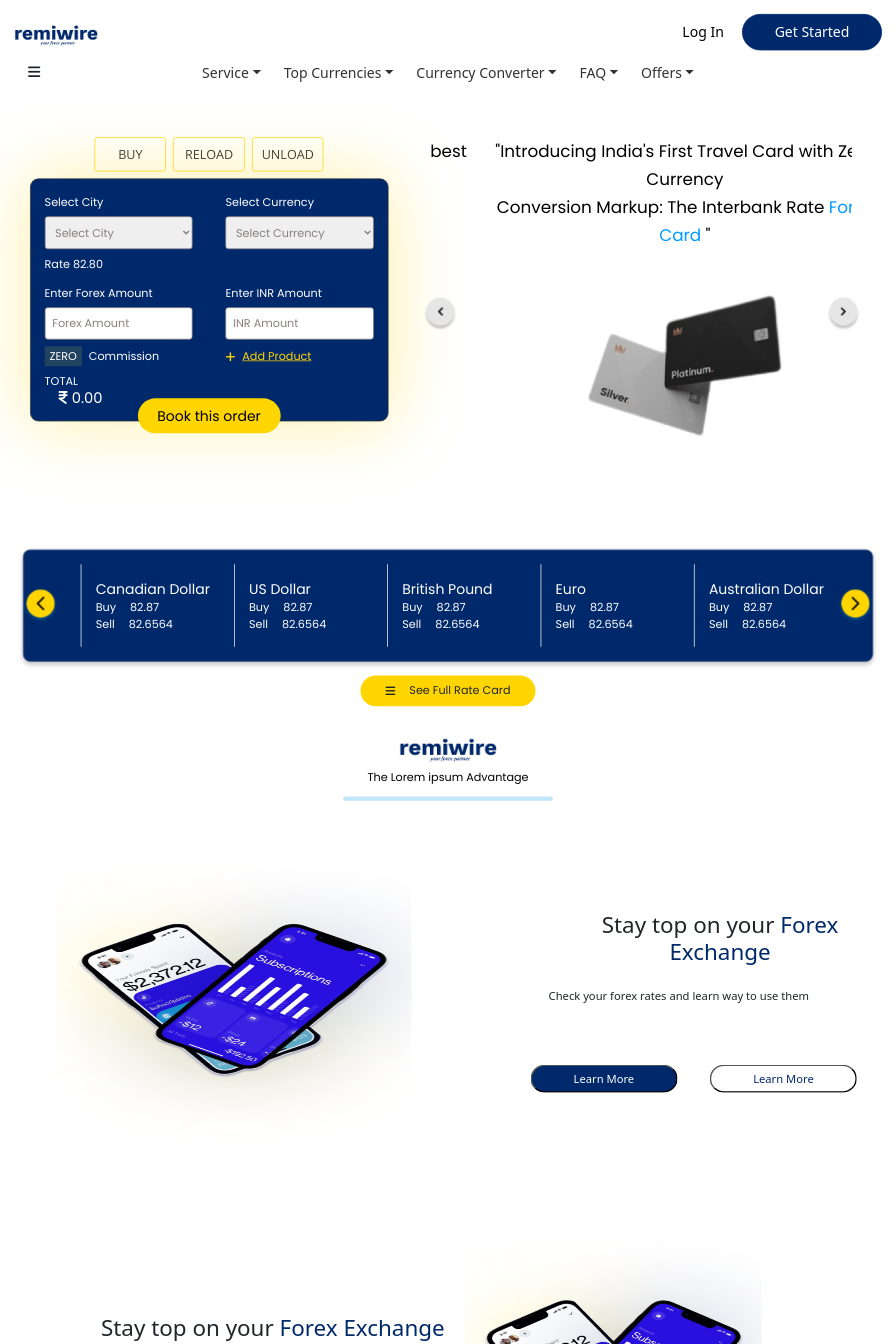
Repository: FlyweisReact/Akshadeep-latest
Page: /
These files come from the project's save history. The page is drawn as it stood at one moment and after the next save; the edit follows.
The browser window is 1280 px wide. The pictures show the part of the page from y = 0 to 1920 px (the page is 4663 px tall before and 4123 px after), at 70% of full size.
Some web libraries are served in a nearby version. The project was rebuilt for these pictures with package versions that can differ from the ones it lists, and the page was loaded fresh each time. Also part of the build but not shown: src/components/exchange.jsx, src/components/order_p1.jsx, src/components/order_p2.jsx, src/components/faas.jsx, src/components/offer.jsx, src/components/main2.jsx, src/components/home.jsx, src/components/slider.jsx and 6 more.

Above is the page before, as saved 2023-05-23 16:11:58.

After the next save:
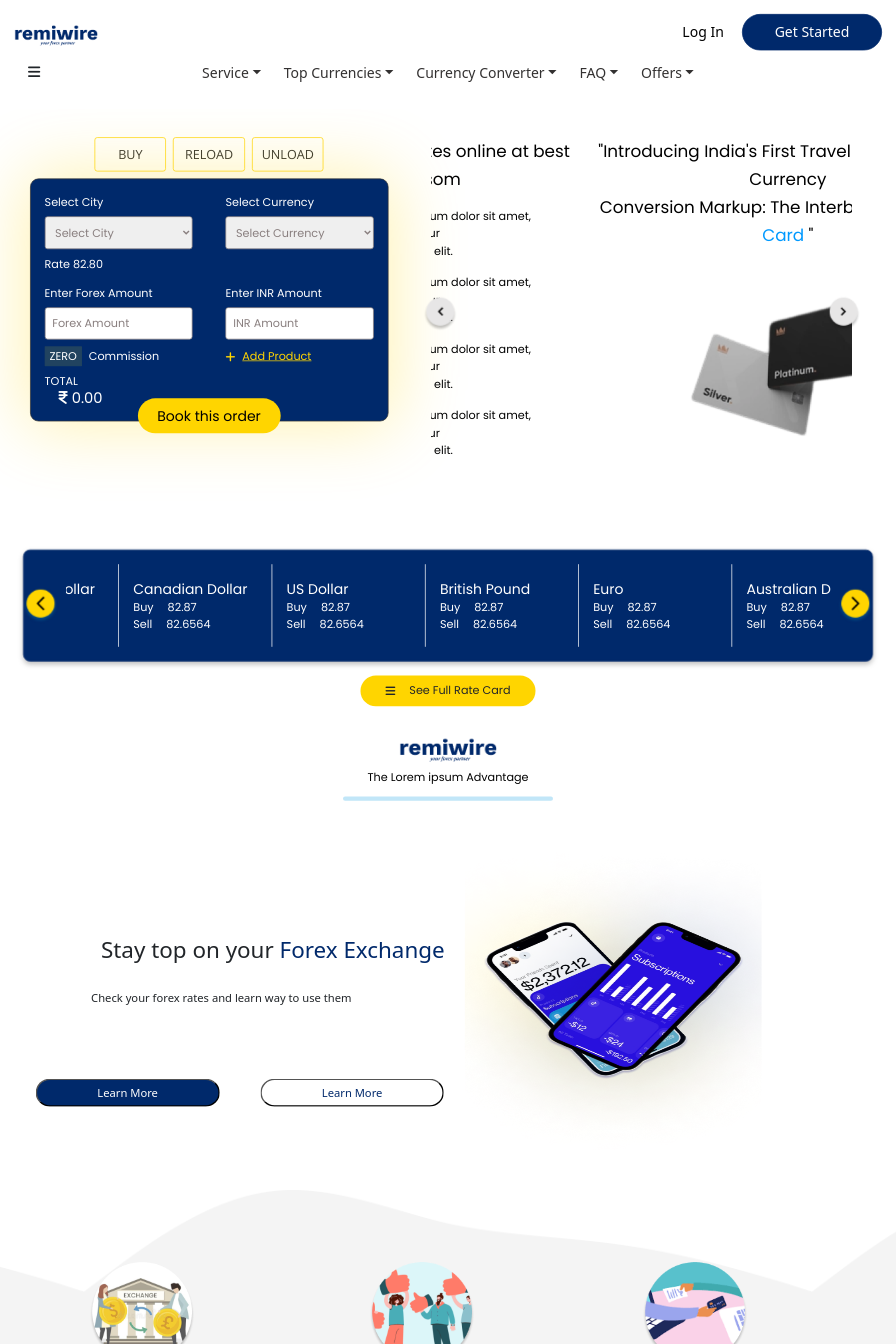
Saved 5 s later.
--- a/src/components/Main.jsx
+++ b/src/components/Main.jsx
@@ -43,7 +43,7 @@
 
 
 
-      <div className="main-2-cont">
+      {/* <div className="main-2-cont">
         <div className="main-2-left">
           <img src={img} alt="" />
         </div>
@@ -57,7 +57,7 @@
             <button className="main-2r-btn">Learn More</button>
           </div>
         </div>
-      </div>
+      </div> */}
 
 
       <div className="main-3-cont">
